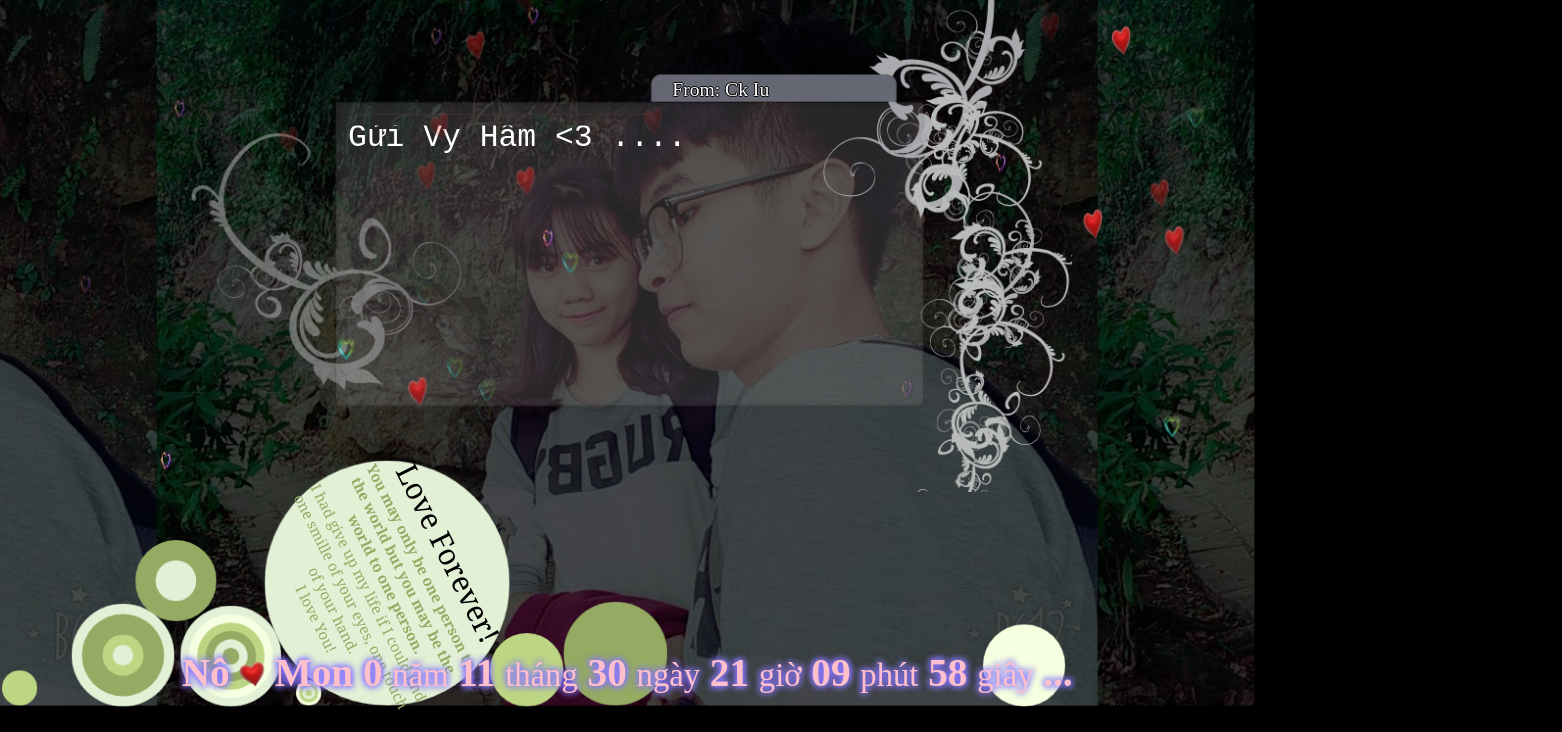
Repository: saunptit97/hpbdmon
Page: index.html
These files come from the project's save history. The page is drawn as it stood at one moment and after the next save; the edit follows.
The browser window is 1280 px wide. The page is 1594 px wide, so the pictures cover 1594 px, including what lies to the right of the window. The pictures show the whole page, at 98% of full size.

Above is the page before, as saved 2022-11-12 20:30:47.
Console error: TypeError: $(...).play is not a function

### index.html
<!DOCTYPE html PUBLIC "-//W3C//DTD XHTML 1.0 Transitional//EN" "http://www.w3.org/TR/xhtml1/DTD/xhtml1-transitional.dtd">
<html xmlns="http://www.w3.org/1999/xhtml">
<head>
    <meta http-equiv="Page-Enter" content="progid:DXImageTransform.Microsoft.Fade(duration=1)">
    <meta http-equiv="Page-Exit" content="progid:DXImageTransform.Microsoft.Fade(duration=1)">
    <meta http-equiv="X-UA-Compatible" content="chrome=1">
    <meta http-equiv="Content-Type" content="text/html; charset = UTF-8" />
    <link rel="shortcut icon" href="favicon.ico" />
    <link rel="Stylesheet" href="style.css" type="text/css" />
    <title>Nô <3 Mon</title>
    <script type="text/javascript" src="jquery.min.js"></script>
    <script type="text/javascript" src="counterup.js"></script>
    <script type="text/javascript" src="timroi.js"></script>
    <script language="javascript">

        title_tmp1 = document.title

        if (title_tmp1.indexOf(">>") != -1) {

            title_tmp2 = title_tmp1.split(">>");

            title_last = "*~*" + title_tmp2[1];

            title_last = title_last + "*~*" + title_tmp2[2];

        } else {



            if (title_tmp1.indexOf("*~*") != -1) {

                title_tmp2 = title_tmp1.split("*~*");

                title_last = "*~*" + title_tmp2[1];

                if (title_last == "*~*") { title_last = "*~*" };

                if (title_last == "*~*") { title_last = "*~*" };

            }

            else { title_last = " Nô <3 Mon " }

        }

        title_new = "" + title_last + ""

        step = 0

        function flash_title() {

            step++

            if (step == 8) { step = 1 }

            if (step == 1) { document.title = '[~~~*' + title_new + '*~~~]' }

            if (step == 2) { document.title = '[~~*~' + title_new + '-*~~]' }

            if (step == 3) { document.title = '[~*~~' + title_new + '~~*~]' }

            if (step == 4) { document.title = '[*~~~' + title_new + '~~~*]' }

            if (step == 5) { document.title = '[~*~~' + title_new + '~~*~]' }

            if (step == 6) { document.title = '[~~*~' + title_new + '~*~~]' }

            if (step == 7) { document.title = '[~~~*' + title_new + '*~~~]' }

            setTimeout("flash_title()", 180);

        }

        flash_title();

        function scrollToBottom(elm_id) {
            var elm = document.getElementById(elm_id);
            try {
                elm.scrollTop = elm.scrollHeight;
            }
            catch (e) {
                var f = document.createElement("input");
                if (f.setAttribute) f.setAttribute("type", "text")
                if (elm.appendChild) elm.appendChild(f);
                f.style.width = "0px";
                f.style.height = "0px";
                if (f.focus) f.focus();
                if (elm.removeChild) elm.removeChild(f);
            }
        }

    </script>

</head>
<body onload="javascript:teclear();">
    <div id="TextCounter">
        <strong>Nô</strong>
        <img src="heartr.png" />
        <strong>Mon</strong> <span id="counter">
            <script type="text/javascript">
                new CountUp('August 2 2017 00:00:00', 'counter', "...  ");
            </script>
        </span>
    </div>

    <div id="BgContent">
    	<audio id="audio" style="display:none;" src="Han.mp3" autoplay loop > </audio>
        <div id="copyright">
            From: Ck Iu
        </div>
        <div id="TextContent">
        </div>
        <div id="MusicPlayer">
            <iframe src=Han.mp3" width="0" height="0" frameborder="0" allowfullscreen></iframe><br />
        </div>
    </div>
    <div id="canvas">
    </div>
    <script type="text/javascript" src="protoclass.js"></script>
    <script type="text/javascript" src="box2d.js"></script>
    <script type="text/javascript" src="Main.js"></script>
    <script language="javascript" type="text/javascript">
        mensaje =
'<font size="6" face="Courier New" color="#fff">Gửi Vy Hâm <3 ....<br></font>' + ' <br>' +

'<font color="#fff" size="4">Tớ không phải là người hoàn hảo, tớ hậu đậu, vô tâm và hơi tồ tồ,... Từ lúc quen cậu đến giờ tớ có nhiều sai sót</font><br>' +

'<br>    ' +

'<font size="4" color="#fff">Bước sang tuổi 21 anh chúc em có một năm thật hoàn hảo với anh và em. Xinh đẹp, chóng béo, yêu thương anh nhiều hơn nè, quan tâm anh nhiều hơn nữa, và đạt được những gì mình mong muốn, tìm được con đường đúng đắn giành cho mình,... Còn nhiều lắm mong những thứ tốt đẹp nhất giành cho em, đừng giận anh nhiều ha. Chúc em sinh nhật vui vẻ nha. Yêu em <3 </font><br>' +

'<br>' +

'<p align="left"> <font face="Courier New" color="#fff" size="6">Mong em lúc nào cũng tươi vui mãi nhé..!! </font></p>';
        line = 0;
        cursor = '_';
        function teclear() {
            if (line == mensaje.length) cursor = '';
            document.getElementById('TextContent').innerHTML = mensaje.substring(0, line) + cursor;
            var objDiv = document.getElementById("TextContent");
            objDiv.scrollTop = objDiv.scrollHeight;
            if (line++ < mensaje.length) setTimeout("teclear()", 60);
        }
    </script>
</body>
</html>

<script type="text/javascript">
	jQuery(document).ready(function($) {
		$("#audio").play();
	});
</script>

### style.css
body
{
    padding: 0px;
    margin: 0px;
    overflow: hidden;
    /*background-image: url('background.jpg');*/
    /*background-position: top center;*/
}

body:before{
    overflow: hidden;
    background-image: url('background.jpg');
    background-position: top center;
    content: "";
    display: block;
    position: absolute;
    z-index: -1;
    width: 100%;
    height: 100%;
    opacity: .3;
}
#TextCounter
{
    text-align: center;
    color: pink;
    font-size: 18px;
    position: absolute;
    bottom: 10px;
    width: 100%;
    z-index: 9999999;
    font: 40px 'ChunkFiveRegular';
    text-shadow: 0 0 0.2em #87F, 0 0 0.2em #87F, 0 0 0.2em #87F;
}


#copyright
{

    padding-top:80px;

    color: #fff;
    width: 100%;
    font-size: 20px;
    padding-left:500px;
    text-shadow: -1px 0 black, 0 1px black, 1px 0 black, 0 -1px black;
}


#BgContent
{
    height: 621px;
    width: 908px;
    position:relative;
    clear:both;
    margin-left: auto;
    margin-right: auto;
    background-image: url('bgcontent.png');
    background-position: top center;
    background-repeat: no-repeat;

}

#MusicPlayer
{
    margin-top:15px;
    padding-left:450px;

}


#TextContent
{
    height:275px;
    width:570px;
    margin-top:25px;
    line-height:25px;

    z-index:9999999;

    margin-left:auto;
    margin-right:auto;
    overflow:hidden;

}

### counterup.js
function CountUp(initDate, id, msg){
  this.beginDate = new Date(initDate);
  this.msg = msg;
  this.numOfDays = [ 31, 28, 31, 30, 31, 30, 31, 31, 30, 31, 30, 31 ];
  this.borrowed = 0, this.years = 0, this.months = 0, this.days = 0;
  this.hours = 0, this.minutes = 0, this.seconds = 0;
  this.updateNumOfDays();
  this.calculate(id);
}

CountUp.prototype.updateNumOfDays=function(){
  var dateNow = new Date();
  var currYear = dateNow.getFullYear();
  if ( (currYear % 4 == 0 && currYear % 100 != 0 ) || currYear % 400 == 0 ) {
    this.numOfDays[1] = 29;
  }
  var self = this;
  setTimeout(function(){self.updateNumOfDays();}, (new Date((currYear+1), 1, 1) - dateNow));
}

CountUp.prototype.datePartDiff=function(then, now, MAX){
  var diff = now - then - this.borrowed;
  this.borrowed = 0;
  if ( diff > -1 ) return diff;
  this.borrowed = 1;
  return (MAX + diff);
}

CountUp.prototype.formatTime=function(){
  this.seconds = this.addLeadingZero(this.seconds);
  this.minutes = this.addLeadingZero(this.minutes);
  this.hours = this.addLeadingZero(this.hours);
}

CountUp.prototype.addLeadingZero=function(value){
  return value < 10 ? ("0" + value) : value;
}

CountUp.prototype.calculate = function (id) {
    var currDate = new Date();
    var prevDate = this.beginDate;
    this.seconds = this.datePartDiff(prevDate.getSeconds(), currDate.getSeconds(), 60);
    this.minutes = this.datePartDiff(prevDate.getMinutes(), currDate.getMinutes(), 60);
    this.hours = this.datePartDiff(prevDate.getHours(), currDate.getHours(), 24);
    this.days = this.datePartDiff(prevDate.getDate(), currDate.getDate(), this.numOfDays[currDate.getMonth()]);
    this.months = this.datePartDiff(prevDate.getMonth(), currDate.getMonth(), 12);
    this.years = this.datePartDiff(prevDate.getFullYear(), currDate.getFullYear(), 0);
    this.formatTime();
    var countainer = document.getElementById(id);
    countainer.innerHTML = "<strong>" + this.years + "</strong> <small>năm</small>" +
    " <strong>" + this.months + "</strong> <small>tháng</small>" +
    " <strong>" + this.days + "</strong> <small>ngày</small>" +
    " <strong>" + this.hours + "</strong> <small>giờ</small>" +
    " <strong>" + this.minutes + "</strong> <small>phút</small>" +
    " <strong>" + this.seconds + "</strong> <small>giây</small>" +
    " <strong> " + this.msg + " </strong>";
    var self = this;
    setTimeout(function () { self.calculate(id); }, 1000);
}

### timroi.js
    if(typeof $pdj=='undefined'){
        var $pdj=jQuery.noConflict()
        }

    if(!image_urls){
        var image_urls=Array()
    }

    if(!flash_urls){
        var flash_urls=Array()
    }

    image_urls['rain']="heart2.png";
    image_urls['heart']="heartr.png";
    image_urls['rain2']="heart3.png";

    $pdj(document).ready(function(){
        var c=$pdj(window).width();
        var d=$pdj(window).height();
        var e=function(a,b){
                return Math.round(a+(Math.random()*(b-a)))
                };
    var f=function(a){
            setTimeout(function(){
                a.css({
                        left:e(0,c)+'px',
                        top:'-30px',
                        display:'block',
                        opacity:'0.'+e(10,100)}).animate({top:(d-10)+'px'},
                        e(7500,8000),
                function(){
                        $pdj(this).fadeOut('slow',
                        function(){f(a)})})},e(1,8000))
                    };
                    $pdj('<div></div>').attr('id','rainDiv').css({position:'fixed',width:(c-20)+'px',height:'1px',left:'0px',top:'-5px',display:'block'}).appendTo('body');

                    for(var i=1;i<=20;i++){
                        var g=$pdj('<img/>').attr('src',image_urls['rain']).css({position:'absolute',left:e(0,c)+'px',top:'-30px',display:'block',opacity:'0.'+e(10,100),'margin-left':0, width:'20px', height : '30px'}).addClass('rainDrop').appendTo('#rainDiv');
                        f(g);
                        g=null
                        var g=$pdj('<img/>').attr('src',image_urls['heart']).css({position:'absolute',left:e(0,c)+'px',top:'-30px',display:'block',opacity:'0.'+e(10,100),'margin-left':0, width:'20px', height : '30px'}).addClass('rainDrop').appendTo('#rainDiv');
                      f(g);
                        g=null
                         var g=$pdj('<img/>').attr('src',image_urls['rain2']).css({position:'absolute',left:e(0,c)+'px',top:'-30px',display:'block',opacity:'0.'+e(10,100),'margin-left':0, width:'20px', height : '30px'}).addClass('rainDrop').appendTo('#rainDiv');
                        f(g);
                        g=null
                    };
                    var h=0;
                    var j=0;
                    $pdj(window).resize(function () { c = $pdj(window).width(); d = $pdj(window).height() })
                });

### protoclass.js

/* Based on Alex Arnell's inheritance implementation. */
var Class = {
  create: function() {
    var parent = null, properties = $A(arguments);
    if (Object.isFunction(properties[0]))
      parent = properties.shift();

    function klass() {
      this.initialize.apply(this, arguments);
    }

    Object.extend(klass, Class.Methods);
    klass.superclass = parent;
    klass.subclasses = [];

    if (parent) {
      var subclass = function() { };
      subclass.prototype = parent.prototype;
      klass.prototype = new subclass;
      parent.subclasses.push(klass);
    }

    for (var i = 0; i < properties.length; i++)
      klass.addMethods(properties[i]);

    if (!klass.prototype.initialize)
      klass.prototype.initialize = this.emptyFunction;

    klass.prototype.constructor = klass;

    return klass;
  },
  emptyFunction:function () {},

};

Class.Methods = {
  addMethods: function(source) {
    var ancestor   = this.superclass && this.superclass.prototype;
    var properties = Object.keys(source);

    if (!Object.keys({ toString: true }).length)
      properties.push("toString", "valueOf");

    for (var i = 0, length = properties.length; i < length; i++) {
      var property = properties[i], value = source[property];
      if (ancestor && Object.isFunction(value) &&
          value.argumentNames().first() == "$super") {
        var method = value, value = Object.extend((function(m) {
          return function() { return ancestor[m].apply(this, arguments) };
        })(property).wrap(method), {
          valueOf:  function() { return method },
          toString: function() { return method.toString() }
        });
      }
      this.prototype[property] = value;
    }

    return this;
  }
};

Object.extend = function(destination, source) {
  for (var property in source)
    destination[property] = source[property];
  return destination;
};

Object.extend(Object, {
  inspect: function(object) {
    try {
      if (Object.isUndefined(object)) return 'undefined';
      if (object === null) return 'null';
      return object.inspect ? object.inspect() : String(object);
    } catch (e) {
      if (e instanceof RangeError) return '...';
      throw e;
    }
  },

  toJSON: function(object) {
    var type = typeof object;
    switch (type) {
      case 'undefined':
      case 'function':
      case 'unknown': return;
      case 'boolean': return object.toString();
    }

    if (object === null) return 'null';
    if (object.toJSON) return object.toJSON();
    if (Object.isElement(object)) return;

    var results = [];
    for (var property in object) {
      var value = Object.toJSON(object[property]);
      if (!Object.isUndefined(value))
        results.push(property.toJSON() + ': ' + value);
    }

    return '{' + results.join(', ') + '}';
  },

  toQueryString: function(object) {
    return $H(object).toQueryString();
  },

  toHTML: function(object) {
    return object && object.toHTML ? object.toHTML() : String.interpret(object);
  },

  keys: function(object) {
    var keys = [];
    for (var property in object)
      keys.push(property);
    return keys;
  },

  values: function(object) {
    var values = [];
    for (var property in object)
      values.push(object[property]);
    return values;
  },

  clone: function(object) {
    return Object.extend({ }, object);
  },

  isElement: function(object) {
    return object && object.nodeType == 1;
  },

  isArray: function(object) {
    return object != null && typeof object == "object" &&
      'splice' in object && 'join' in object;
  },

  isHash: function(object) {
    return object instanceof Hash;
  },

  isFunction: function(object) {
    return typeof object == "function";
  },

  isString: function(object) {
    return typeof object == "string";
  },

  isNumber: function(object) {
    return typeof object == "number";
  },

  isUndefined: function(object) {
    return typeof object == "undefined";
  }
});

function $A(iterable) {
  if (!iterable) return [];
  if (iterable.toArray) return iterable.toArray();
  var length = iterable.length || 0, results = new Array(length);
  while (length--) results[length] = iterable[length];
  return results;
}

if (WebKit = navigator.userAgent.indexOf('AppleWebKit/') > -1) {
  $A = function(iterable) {
    if (!iterable) return [];
    if (!(Object.isFunction(iterable) && iterable == '[object NodeList]') &&
        iterable.toArray) return iterable.toArray();
    var length = iterable.length || 0, results = new Array(length);
    while (length--) results[length] = iterable[length];
    return results;
  };
}

Loaded but not shown: jquery.min.js (library); box2d.js (library); Main.js (512 lines, source omitted)

After the next save:
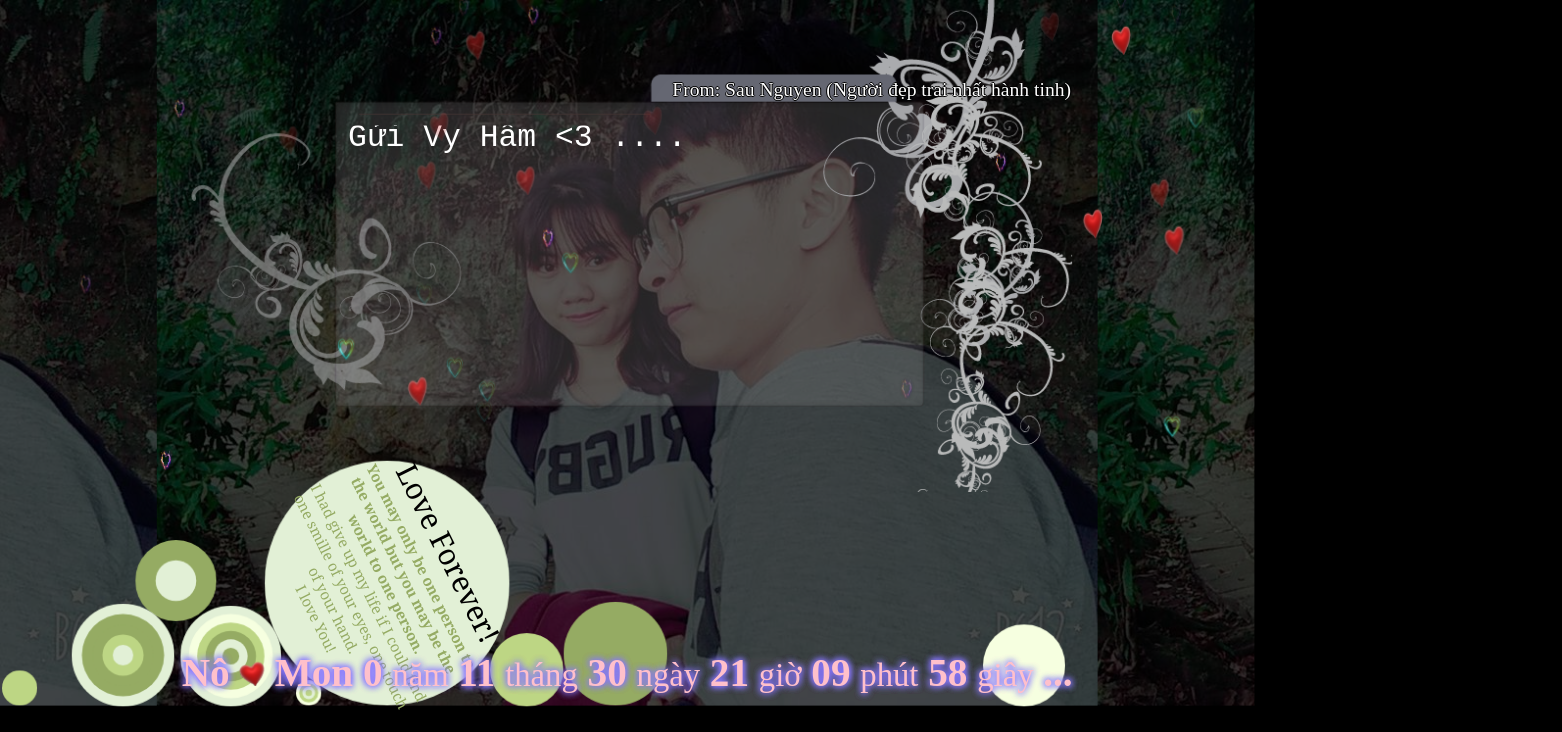
Saved 74 s later.
--- a/index.html
+++ b/index.html
@@ -106,7 +106,7 @@
     <div id="BgContent">
     	<audio id="audio" style="display:none;" src="Han.mp3" autoplay loop > </audio>
         <div id="copyright">
-            From: Ck Iu
+            From: Sau Nguyen (Người đẹp trai nhất hành tinh)
         </div>
         <div id="TextContent">
         </div>
@@ -123,7 +123,7 @@
         mensaje =
 '<font size="6" face="Courier New" color="#fff">Gửi Vy Hâm <3 ....<br></font>' + ' <br>' +
 
-'<font color="#fff" size="4">Tớ không phải là người hoàn hảo, tớ hậu đậu, vô tâm và hơi tồ tồ,... Từ lúc quen cậu đến giờ tớ có nhiều sai sót</font><br>' +
+'<font color="#fff" size="4">Tớ không phải là người hoàn hảo, tớ hậu đậu, vô tâm và hơi tồ tồ,... Từ lúc quen cậu đến giờ tớ có nhiều sai sót. Tớ k biết nói những lời ngọt ngào</font><br>' +
 
 '<br>    ' +
 
